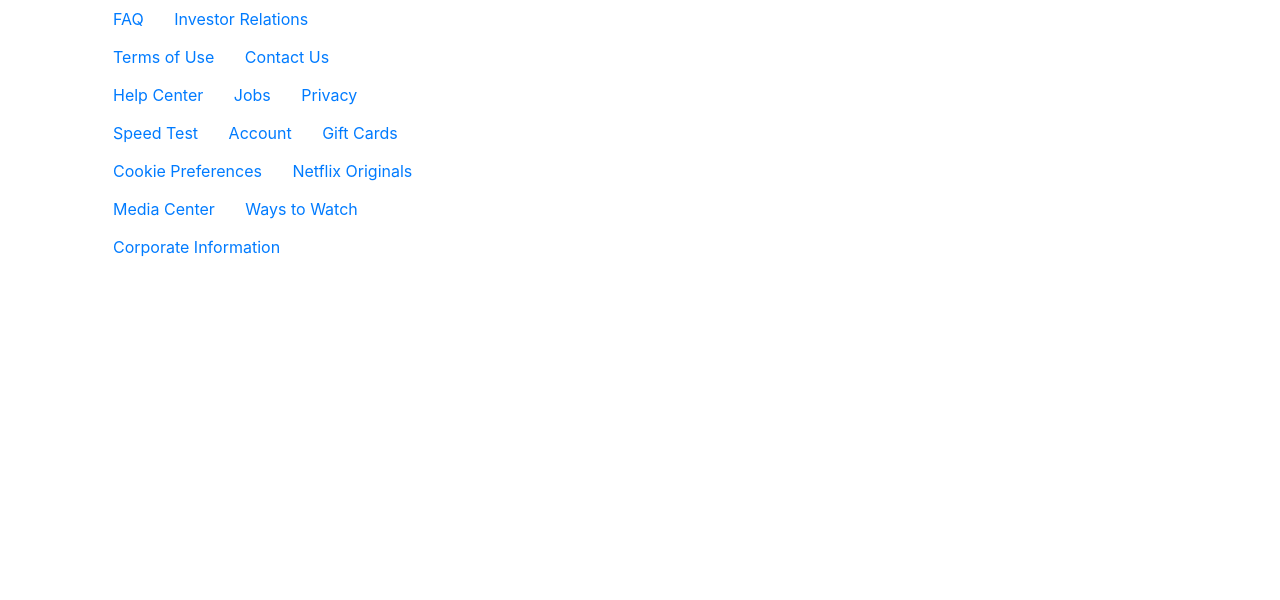
Repository: bharath309/backup
Page: http://localhost/netflix-operation/footerNetflix.jsp
The author's editor kept a copy of each file at every save. The page is drawn from the files as they stood at one save, then again after the next save.
The browser window is 1280 px wide. The pictures show the whole page.
The page is served by Tomcat 9.

Above is the page before, as saved 2018-03-05 21:49:44.

### netflix-operation/src/main/webapp/footerNetflix.jsp
<%@ page language="java" contentType="text/html; charset=ISO-8859-1"
	pageEncoding="ISO-8859-1"%>
<!DOCTYPE html PUBLIC "-//W3C//DTD HTML 4.01 Transitional//EN" "http://www.w3.org/TR/html4/loose.dtd">
<html>
<head>
<meta http-equiv="Content-Type" content="text/html; charset=ISO-8859-1">
<title>Bootstrap 4 Example</title>
<meta name="viewport" content="width=device-width, initial-scale=1">
<link rel="stylesheet"
	href="https://maxcdn.bootstrapcdn.com/bootstrap/4.0.0/css/bootstrap.min.css">
<script
	src="https://ajax.googleapis.com/ajax/libs/jquery/3.3.1/jquery.min.js"></script>
<script
	src="https://maxcdn.bootstrapcdn.com/bootstrap/4.0.0/js/bootstrap.min.js"></script>
</head>
<body>
<div class="container">
 <div class="column">
 <div class="col-sm-4">

			<button type="button" class="btn btn-link">FAQ</button>
			<button type="button" class="btn btn-link">Investor Relations</button>
			<button type="button" class="btn btn-link">Terms of Use</button>
			<button type="button" class="btn btn-link">Contact Us</button>
			<button type="button" class="btn btn-link">Help Center</button>
			<button type="button" class="btn btn-link">Jobs</button>
			<button type="button" class="btn btn-link">Privacy</button>
			<button type="button" class="btn btn-link">Speed Test</button>
			<button type="button" class="btn btn-link">Account</button>
			<button type="button" class="btn btn-link">Gift Cards</button>
			<button type="button" class="btn btn-link">Cookie Preferences</button>
			<button type="button" class="btn btn-link">Netflix Originals</button>
			<button type="button" class="btn btn-link">Media Center</button>
			<button type="button" class="btn btn-link">Ways to Watch</button>
			<button type="button" class="btn btn-link">Corporate Information</button>

	</div>
	 </div>
	 </div>
</body>
</html>

After the next save:
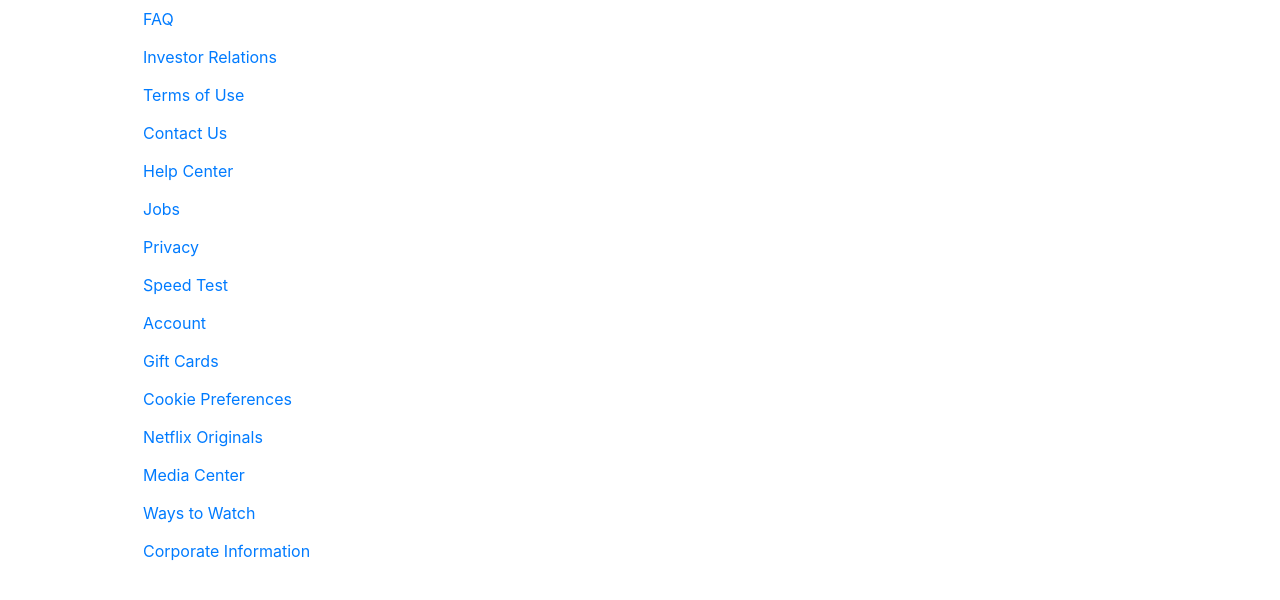
Saved 18 s later.
--- a/netflix-operation/src/main/webapp/footerNetflix.jsp
+++ b/netflix-operation/src/main/webapp/footerNetflix.jsp
@@ -17,7 +17,8 @@
 <div class="container">
  <div class="column">
  <div class="col-sm-4">
-
+ <div class="col-sm-4">
+ <div class="col-sm-4">
 			<button type="button" class="btn btn-link">FAQ</button>
 			<button type="button" class="btn btn-link">Investor Relations</button>
 			<button type="button" class="btn btn-link">Terms of Use</button>
@@ -33,7 +34,8 @@
 			<button type="button" class="btn btn-link">Media Center</button>
 			<button type="button" class="btn btn-link">Ways to Watch</button>
 			<button type="button" class="btn btn-link">Corporate Information</button>
-
+		</div>
+		</div>
 	</div>
 	 </div>
 	 </div>
